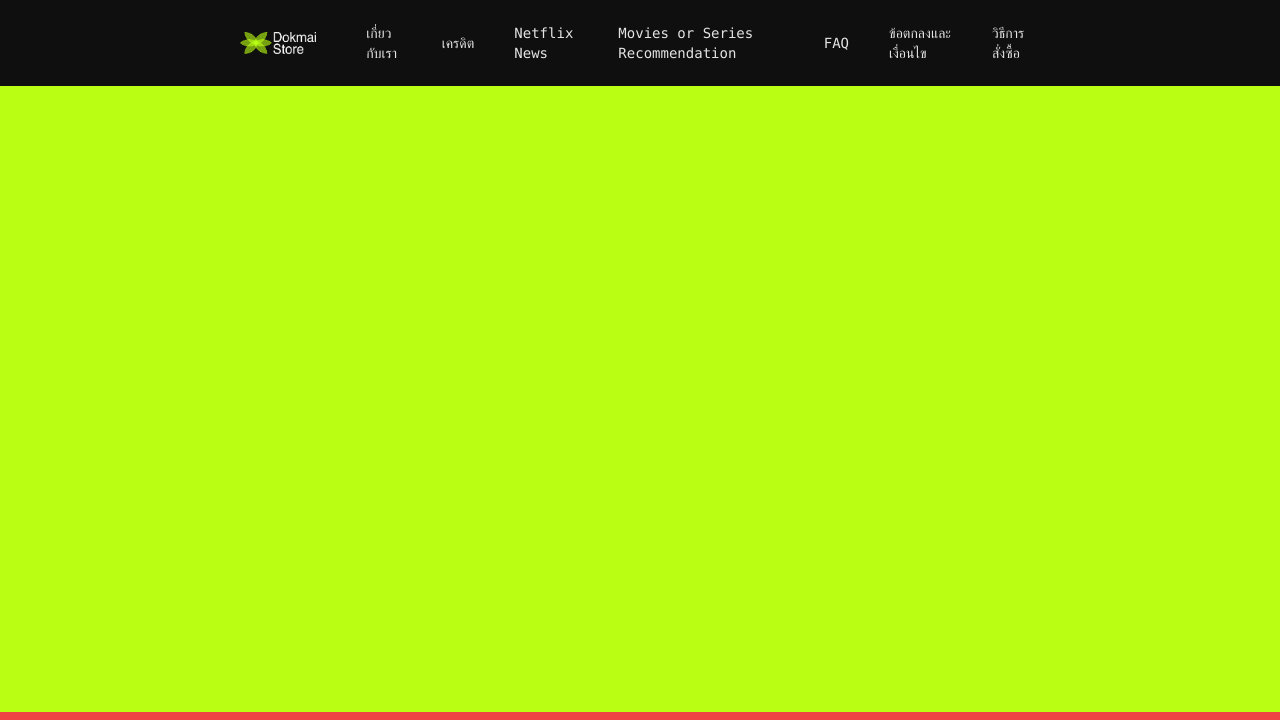
Repository: 0981237197640128312768320198372/oakdoiaj9w28wdumoakwd2398dijkamd3298udijnasd82yt2384772390823947
Page: /
An editor plug-in stored every save of this project. The page is shown before and after the next save, followed by the edit.
The browser window is 1280 px wide. The pictures show the whole page.
The project was rebuilt for these pictures with package versions that can differ from the ones it lists, and the page was loaded fresh each time. The framework's server and built-in components were replaced by stand-ins that run in the browser. Also part of the build but not shown: next.config.mjs, constant/index.tsx.

Above is the page before, as saved 2024-09-29 00:39:56.

### app/layout.tsx
/* eslint-disable @typescript-eslint/no-unused-vars */
import type { Metadata } from "next"
import "../styles/globals.css"
import Navbar from "@/components/Navbar"
export const metadata: Metadata = {
  title: "บัญชี Netflix Premium คุณภาพสูง | Dokmai Store",
  description:
    "แพลตฟอร์มสินค้าดิจิทัลที่ดีที่สุดในประเทศไทย สำหรับทุกคนที่ต้องการ Netflix Premium ราคาถูกและคุณภาพดี ที่ Dokmai Store เราเป็นผู้ขายอันดับหนึ่งในไทย พร้อมการันตีคุณภาพการใช้งานตลอดอายุการใช้งาน ด้วยบริการที่เชื่อถือได้ ตอบกลับลูกค้าอย่างรวดเร็วภายใน 10 นาที และไม่เกิน 24 ชั่วโมง พร้อมช่วยแก้ไขปัญหาทุกอย่างเพื่อให้คุณได้รับประสบการณ์การดูหนังและซีรีส์ที่ดีที่สุด",
  icons: {
    icon: "./favicon.ico",
    apple: "./apple-touch-icon.png",
  },
  keywords:
    "Netflix Premium, บัญชี Netflix, บริการสตรีมมิ่ง, ดูหนังออนไลน์, ดูซีรีส์, บัญชีราคาถูก, Dokmai Store, ซื้อ Netflix ราคาถูก, บัญชี Netflix ราคาถูก, บัญชี Netflix คุณภาพดี, บริการลูกค้าไว, Netflix Premium, Netflix, Premium, Netflix Account, Account, Netflix Access, Dokmai, Store, Dokmai Store, Digital Product, Premium App, Streaming Service, Service, Streaming, Movie, Movies, Series, Action, Comedy, Drama, Romantic, Watching, Netflix Series, Netflix Movie, Cheap, Cheap Price, High Quality, Good Quality, Quality, Fast Service, Fast Response, Trustable, Reliable, Affordable, เน็ตฟลิกซ์พรีเมียม, เน็ตฟลิกซ์, พรีเมียม, บัญชีเน็ตฟลิกซ์, บัญชี, แอคเค้าท์เน็ตฟลิกซ์,  แอคเค้าท์, เน็ตฟลิกซ์ Access, ดอกไม้สโตร์, ดอกไม้, สโตร์, ร้านค้า, สินค้าดิจิทัล, สินค้าดิจิตอล, แอพพรีเมียม, บริการสตรีมมื่ง, บริการ, สตรีมมิ่ง, หนัง, ดูหนัง, ซีรีย์, ดูซีรีย์, ดู, ซีรีย์เน็ตฟลิกซ์, ซีรีย์ Netflix, Series เน็ตฟลิกซ์, หนังเน็ตฟลิกซ์, หนัง Netflix, ราคาถูก, ราคาดี, ถูก, คุณภาพดี, คุณภาพสูง, คุณภาพ, บริการเร็ว, บริการไว, บริการดี, ตอบเร็ว, ตอบไว, น่าเชื่อถือ, เชื่อถือได้",
  openGraph: {
    type: "website",
    url: "https://www.dokmaistore.com",
    title: "บัญชี Netflix Premium คุณภาพสูง | Dokmai Store",
    description:
      "แพลตฟอร์มสินค้าดิจิทัลที่ดีที่สุดในประเทศไทย สำหรับทุกคนที่ต้องการ Netflix Premium ราคาถูกและคุณภาพดีที่ Dokmai Store เราเป็นผู้ขายอันดับหนึ่งในไทย พร้อมการันตีคุณภาพการใช้งานตลอดอายุการใช้งาน ด้วยบริการที่เชื่อถือได้ ตอบกลับลูกค้าอย่างรวดเร็วภายใน 10 นาที และไม่เกิน 24 ชั่วโมง พร้อมช่วยแก้ไขปัญหาทุกอย่างเพื่อให้คุณได้รับประสบการณ์การดูหนังและซีรีส์ที่ดีที่สุด",
    images: [
      {
        url: "https://www.dokmaistore.com/og-dokmaistore.jpg",
        width: 1200,
        height: 630,
        alt: "Netflix Premium คุณภาพสูง ราคาถูก ที่ Dokmai Store",
      },
    ],
    siteName: "Dokmai Store",
  },
  twitter: {
    card: "summary_large_image",
    site: "@DokmaiStore",
    title: "บัญชี Netflix Premium คุณภาพสูง | Dokmai Store",
    description:
      "แพลตฟอร์มสินค้าดิจิทัลที่ดีที่สุดในประเทศไทย สำหรับทุกคนที่ต้องการ Netflix Premium ราคาถูกและคุณภาพดีที่ Dokmai Store เราเป็นผู้ขายอันดับหนึ่งในไทย พร้อมการันตีคุณภาพการใช้งานตลอดอายุการใช้งาน ด้วยบริการที่เชื่อถือได้ ตอบกลับลูกค้าอย่างรวดเร็วภายใน 10 นาที และไม่เกิน 24 ชั่วโมง พร้อมช่วยแก้ไขปัญหาทุกอย่างเพื่อให้คุณได้รับประสบการณ์การดูหนังและซีรีส์ที่ดีที่สุด",
    images: [
      {
        url: "https://www.dokmaistore.com/og-dokmaistore.jpg",
        alt: "Netflix Premium คุณภาพสูง ราคาถูก ที่ Dokmai Store",
      },
    ],
  },
  alternates: {
    canonical: "https://www.dokmaistore.com",
    languages: {
      "th-TH": "https://www.dokmaistore.com/th",
    },
  },
}

export default function RootLayout({
  children,
}: Readonly<{
  children: React.ReactNode
}>) {
  return (
    <html lang='en' className='!scroll-smooth'>
      <body className='antialiased font-mono min-h-screen bg-dark-800 text-light-200'>
        <Navbar />
        <div className='flex flex-col justify-start items-center w-full h-screen p-10 lg:px-60 pt-20 bg-primary'>
          {children}
        </div>
        <div className='w-full h-2 fixed bottom-0 bg-green-500 sm:bg-yellow-500 md:bg-orange-500 lg:bg-red-500' />
      </body>
    </html>
  )
}

### app/(root)/layout.tsx
/* eslint-disable @typescript-eslint/no-unused-vars */
import type { Metadata } from "next"
import "../../styles/globals.css"

export const metadata: Metadata = {
  title: "Dokmai Store - High Quality Account Netflix Premium",
  description: "watch series now website for payment",
}

export default function RootLayout({
  children,
}: Readonly<{
  children: React.ReactNode
}>) {
  return (
    <html lang='en'>
      <body className='antialiased font-mono min-h-screen bg-dark-800 text-light-200'>
        <div className='flex flex-col justify-center items-center w-full p-10 h-screen'>
          {children}
        </div>
        {/* <div className='w-full h-2 fixed bottom-0 bg-green-500 sm:bg-yellow-500 md:bg-orange-500 lg:bg-red-500' /> */}
      </body>
    </html>
  )
}

### app/(root)/(home)/page.tsx
import HeroSection from "@/components/HeroSection"
import { TextHoverEffect } from "@/components/ui/text-hover-effect"

export default function Home() {
  return (
    <main className='flex flex-col'>
      <div className='flex justify-center items-center'>
        <TextHoverEffect text='DOKMAI' />
      </div>
      <HeroSection />
    </main>
  )
}

### styles/globals.css
@tailwind base;
@tailwind components;
@tailwind utilities;

@font-face {
  font-family: "dokmai-light";
  src: url("../assets/fonts/dokmai-light.ttf") format("woff2");
}
@font-face {
  font-family: "dokmai-regular";
  src: url("../assets/fonts/dokmai-regular.ttf") format("woff2");
}
@font-face {
  font-family: "dokmai-italic";
  src: url("../assets/fonts/dokmai-italic.ttf") format("woff2");
}
@font-face {
  font-family: "dokmai-bold";
  src: url("../assets/fonts/dokmai-bold.ttf") format("woff2");
}
@font-face {
  font-family: "dokmai-bold-italic";
  src: url("../assets/fonts/dokmai-bold-italic.ttf") format("woff2");
}
@font-face {
  font-family: "dokmai-bold-rounded";
  src: url("../assets/fonts/dokmai-bold-rounded.otf") format("woff2");
}
@font-face {
  font-family: "AktivGrotesk";
  font-weight: 900;
  font-style: normal;
  src: url("../assets/fonts/AktivGrotesk-Black.otf") format("opentype");
}

@font-face {
  font-family: "AktivGrotesk";
  font-weight: 900;
  font-style: italic;
  src: url("../assets/fonts/AktivGrotesk-BlackItalic.otf") format("opentype");
}

@font-face {
  font-family: "AktivGrotesk";
  font-weight: 700;
  font-style: normal;
  src: url("../assets/fonts/AktivGrotesk-Bold.otf") format("opentype");
}

@font-face {
  font-family: "AktivGrotesk";
  font-weight: 700;
  font-style: italic;
  src: url("../assets/fonts/AktivGrotesk-BoldItalic.otf") format("opentype");
}

@font-face {
  font-family: "AktivGrotesk";
  font-weight: 100;
  font-style: normal;
  src: url("../assets/fonts/AktivGrotesk-Hairline.otf") format("opentype");
}

@font-face {
  font-family: "AktivGrotesk";
  font-weight: 100;
  font-style: italic;
  src: url("../assets/fonts/AktivGrotesk-HairlineItalic.otf") format("opentype");
}

@font-face {
  font-family: "AktivGrotesk";
  font-weight: 400;
  font-style: italic;
  src: url("../assets/fonts/AktivGrotesk-Italic.otf") format("opentype");
}

@font-face {
  font-family: "AktivGrotesk";
  font-weight: 300;
  font-style: normal;
  src: url("../assets/fonts/AktivGrotesk-Light.otf") format("opentype");
}

@font-face {
  font-family: "AktivGrotesk";
  font-weight: 300;
  font-style: italic;
  src: url("../assets/fonts/AktivGrotesk-LightItalic.otf") format("opentype");
}

@font-face {
  font-family: "AktivGrotesk";
  font-weight: 500;
  font-style: normal;
  src: url("../assets/fonts/AktivGrotesk-Medium.otf") format("opentype");
}

@font-face {
  font-family: "AktivGrotesk";
  font-weight: 500;
  font-style: italic;
  src: url("../assets/fonts/AktivGrotesk-MediumItalic.otf") format("opentype");
}

@font-face {
  font-family: "AktivGrotesk";
  font-weight: 400;
  font-style: normal;
  src: url("../assets/fonts/AktivGrotesk-Regular.otf") format("opentype");
}

@font-face {
  font-family: "AktivGrotesk";
  font-weight: 200;
  font-style: normal;
  src: url("../assets/fonts/AktivGrotesk-Thin.otf") format("opentype");
}

@font-face {
  font-family: "AktivGrotesk";
  font-weight: 200;
  font-style: italic;
  src: url("../assets/fonts/AktivGrotesk-ThinItalic.otf") format("opentype");
}

@font-face {
  font-family: "AktivGrotesk";
  font-weight: 800;
  font-style: normal;
  src: url("../assets/fonts/AktivGrotesk-XBold.otf") format("opentype");
}

@font-face {
  font-family: "AktivGrotesk";
  font-weight: 800;
  font-style: italic;
  src: url("../assets/fonts/AktivGrotesk-XBoldItalic.otf") format("opentype");
}

.__stroke {
  font-size: 48px; /* Adjust the size as needed */
  -webkit-text-stroke: 0.5px #b9fe13; /* 1px stroke with black color */
  color: transparent; /* Makes the fill transparent */
}

a:focus,
button:focus,
img:focus {
  @apply focus:outline-none focus:ring-[0.5px] focus:ring-primary focus:border-primary;
}

### components/Navbar.tsx
"use client"

import React, { useState, useEffect } from "react"
import { usePathname } from "next/navigation"
import Link from "next/link"
import MobileNav from "./MobileNav"
import Image from "next/image"
import dokmaiwithtext from "@/assets/images/dokmaiwithtext.png"
import dokmailogo from "@/assets/images/dokmailogo.png"
import { navButtons } from "@/constant"

const Navbar = () => {
  const path = usePathname()

  const [prevScrollPos, setPrevScrollPos] = useState(0)
  // eslint-disable-next-line @typescript-eslint/no-unused-vars
  const [scrollToTopVisible, setScrollToTopVisible] = useState(false)
  const [visible, setVisible] = useState(true)
  const handleScroll = () => {
    const currentScrollPos = window.pageYOffset
    const isScrollingDown = prevScrollPos < currentScrollPos
    if (currentScrollPos <= 0) {
      // If at the top of the page, make the navbar always visible
      setVisible(true)
      setScrollToTopVisible(false)
    } else {
      setVisible(isScrollingDown)
      setScrollToTopVisible(currentScrollPos > 350)
    }
    setPrevScrollPos(currentScrollPos)
  }
  useEffect(() => {
    window.addEventListener("scroll", handleScroll)
    return () => {
      window.removeEventListener("scroll", handleScroll)
    }
  })

  return (
    <nav
      className={`fixed flex items-start justify-center top-0 left-0 w-full transition-transform duration-500 z-50 transform  ${
        visible ? "translate-y-0" : "-translate-y-full"
      } z-10`}
    >
      <div className='w-full gap-10 bg-dark-800 py-5 flex px-10 lg:px-60 justify-between duration-1000 items-center '>
        <Link href='/' className='flex select-none items-center gap-1 w-fit'>
          <Image
            width={100}
            height={100}
            src={dokmaiwithtext}
            alt='Dokmai Store'
            className='duration-700 hidden lg:block'
          />
          <Image
            width={60}
            height={60}
            src={dokmailogo}
            alt='Dokmai Store'
            className='duration-700 lg:hidden'
          />
        </Link>
        <div className='flex items-center justify-end gap-5'>
          <div className='justify-center items-center gap-3 md:gap-5 lg:gap-5 hidden max-md:flex'>
            <MobileNav />
          </div>
          <div className='max-md:hidden flex lg:text-md'>
            <div className='flex gap-5 items-center'>
              {navButtons.map((nav, i) => (
                <Link
                  href={nav.url}
                  key={i}
                  className={`text-light-200 flex-col-reverse py-[3px] px-[10px] rounded-sm md:text-sm font-medium group duration-200 ${
                    path === nav.url
                      ? "font-black transition-transform duration-700 "
                      : ""
                  }${
                    path === nav.url ? " text-primary" : " hover:text-primary"
                  }`}
                >
                  {nav.title}
                </Link>
              ))}
            </div>
          </div>
        </div>
      </div>
    </nav>
  )
}

export default Navbar

### components/HeroSection.tsx
"use client"

import React from "react"

const HeroSection = () => {
  return (
    <section
      id='HeroSection'
      className='flex flex-col justify-center items-center'
    >
      <div className='hero bg-cover bg-center h-screen flex flex-col justify-center items-center text-center px-4'>
        <h1 className='text-4xl md:text-6xl font-bold text-white mb-4'>
          Watch More Series, Spend Less Money
        </h1>
        <p className='text-xl md:text-2xl text-gray-200 max-w-xl mx-auto mb-6'>
          Get Netflix Premium and other top streaming apps without breaking the
          bank. Enjoy more shows and movies for less, only at Dokmai Store.
        </p>
        <button className='bg-red-600 text-white px-6 py-3 rounded-full hover:bg-red-700 transition duration-300'>
          Start Watching Today
        </button>
      </div>
    </section>
  )
}

export default HeroSection

### components/MobileNav.tsx
/* eslint-disable @typescript-eslint/no-unused-vars */
import { navButtons } from "@/constant"
import Link from "next/link"
import { usePathname } from "next/navigation"
import { CiMenuBurger } from "react-icons/ci"
import { Drawer, DrawerContent, DrawerTrigger } from "@/components/ui/drawer"

const MobileNav = () => {
  const path = usePathname()
  return (
    <Drawer>
      <DrawerTrigger className='hidden max-md:flex dark:hover:bg-white/10 hover:bg-black/5 p-2'>
        <CiMenuBurger className='duration-500 text-dark-800 dark:text-primary text-3xl' />
      </DrawerTrigger>
      <DrawerContent className='bg-gray-200 dark:bg-dark-600 border-none px-5 pb-5 gap-10'>
        <div className='flex flex-col justify-start items-start'>
          <p className='font-mono text-xs tracking-widest text-white/70'>
            Watch MORE Series, Spend LESS MONEY!
          </p>
          <span className='font-aktivGroteskBold text-4xl pt-1 __stroke'>
            DOKMAI STORE
          </span>
        </div>
        <div className='gap-5 flex flex-col justify-end items-end'>
          {navButtons.map((nav, i) => (
            <Link
              href={nav.url}
              key={i}
              className={`dark:text-gray-400 flex-col-reverse py-[3px] px-[10px] rounded-full md:text-sm font-medium group duration-200 w-fit ${
                path === nav.url
                  ? "font-black transition-transform duration-700 "
                  : ""
              }${
                path === nav.url
                  ? " dark:text-primary text-primary bg-primary/20"
                  : " hover:dark:text-primary hover:text-primary hover:bg-primary/20"
              }`}
            >
              {nav.title}
            </Link>
          ))}
        </div>
      </DrawerContent>
    </Drawer>
  )
}

export default MobileNav

### components/ui/drawer.tsx
"use client"

import * as React from "react"
import { Drawer as DrawerPrimitive } from "vaul"

const Drawer = ({
  shouldScaleBackground = true,
  ...props
}: React.ComponentProps<typeof DrawerPrimitive.Root>) => (
  <DrawerPrimitive.Root
    shouldScaleBackground={shouldScaleBackground}
    {...props}
  />
)
Drawer.displayName = "Drawer"

const DrawerTrigger = DrawerPrimitive.Trigger

const DrawerPortal = DrawerPrimitive.Portal

const DrawerClose = DrawerPrimitive.Close

const DrawerOverlay = React.forwardRef<
  React.ElementRef<typeof DrawerPrimitive.Overlay>,
  React.ComponentPropsWithoutRef<typeof DrawerPrimitive.Overlay>
>(({ className, ...props }, ref) => (
  <DrawerPrimitive.Overlay
    ref={ref}
    className={
      `fixed inset-0 z-50 bg-black/80 ${className}`}
    {...props}
  />
))
DrawerOverlay.displayName = DrawerPrimitive.Overlay.displayName

const DrawerContent = React.forwardRef<
  React.ElementRef<typeof DrawerPrimitive.Content>,
  React.ComponentPropsWithoutRef<typeof DrawerPrimitive.Content>
>(({ className, children, ...props }, ref) => (
  <DrawerPortal>
    <DrawerOverlay />
    <DrawerPrimitive.Content
      ref={ref}
      className={`fixed inset-x-0 bottom-0 z-50 mt-24 flex h-auto flex-col rounded-t-[10px] border border-neutral-200 bg-white dark:border-neutral-800 dark:bg-neutral-950 ${className}`
    }
      {...props}
    >
      <div className="mx-auto mt-4 h-2 w-[100px] rounded-full bg-neutral-100 dark:bg-neutral-800" />
      {children}
    </DrawerPrimitive.Content>
  </DrawerPortal>
))
DrawerContent.displayName = "DrawerContent"

const DrawerHeader = ({
  className,
  ...props
}: React.HTMLAttributes<HTMLDivElement>) => (
  <div
    className={`grid gap-1.5 p-4 text-center sm:text-left ${className}`}
    {...props}
  />
)
DrawerHeader.displayName = "DrawerHeader"

const DrawerFooter = ({
  className,
  ...props
}: React.HTMLAttributes<HTMLDivElement>) => (
  <div
    className={`mt-auto flex flex-col gap-2 p-4 ${className}`}
    {...props}
  />
)
DrawerFooter.displayName = "DrawerFooter"

const DrawerTitle = React.forwardRef<
  React.ElementRef<typeof DrawerPrimitive.Title>,
  React.ComponentPropsWithoutRef<typeof DrawerPrimitive.Title>
>(({ className, ...props }, ref) => (
  <DrawerPrimitive.Title
    ref={ref}
    className={`text-lg font-semibold leading-none tracking-tight ${className}`}
    {...props}
  />
))
DrawerTitle.displayName = DrawerPrimitive.Title.displayName

const DrawerDescription = React.forwardRef<
  React.ElementRef<typeof DrawerPrimitive.Description>,
  React.ComponentPropsWithoutRef<typeof DrawerPrimitive.Description>
>(({ className, ...props }, ref) => (
  <DrawerPrimitive.Description
    ref={ref}
    className={`text-sm text-neutral-500 dark:text-neutral-400 ${className}`}
    {...props}
  />
))
DrawerDescription.displayName = DrawerPrimitive.Description.displayName

export {
  Drawer,
  DrawerPortal,
  DrawerOverlay,
  DrawerTrigger,
  DrawerClose,
  DrawerContent,
  DrawerHeader,
  DrawerFooter,
  DrawerTitle,
  DrawerDescription,
}

### tailwind.config.ts
/* eslint-disable @typescript-eslint/no-unused-vars */
/* eslint-disable @typescript-eslint/no-var-requires */
/* eslint-disable prefer-const */
/* eslint-disable @typescript-eslint/no-explicit-any */
import type { Config } from "tailwindcss"
const defaultTheme = require("tailwindcss/defaultTheme")

const colors = require("tailwindcss/colors")
const {
  default: flattenColorPalette,
} = require("tailwindcss/lib/util/flattenColorPalette")

const config: Config = {
  content: [
    "./pages/**/*.{js,ts,jsx,tsx,mdx}",
    "./components/**/*.{js,ts,jsx,tsx,mdx}",
    "./app/**/*.{js,ts,jsx,tsx,mdx}",
  ],
  theme: {
    screens: {
      sm: "640px",
      // => @media (min-width: 640px) { ... }

      md: "768px",
      // => @media (min-width: 768px) { ... }

      lg: "1024px",
      // => @media (min-width: 1024px) { ... }

      xl: "1280px",
      // => @media (min-width: 1280px) { ... }

      "2xl": "1536px",
      // => @media (min-width: 1536px) { ... }
    },
    extend: {
      colors: {
        dark: {
          100: "#5E5E5E",
          200: "#545454",
          300: "#494949",
          400: "#3D3D3D",
          500: "#313131",
          600: "#232323",
          700: "#181818",
          800: "#0F0F0F",
        },
        light: {
          100: "#ECECEC",
          200: "#E4E4E4",
          300: "#D8D8D8",
          400: "#CCCCCC",
          500: "#BFBFBF",
          600: "#B5B5B5",
          700: "#A9A9A9",
          800: "#9B9B9B",
        },
        primary: "#b9fe13",
      },
      fontFamily: {
        // Dokmai Fonts
        dokmaiLight: ["'dokmai-light'", "sans-serif"],
        dokmaiRegular: ["'dokmai-regular'", "sans-serif"],
        dokmaiItalic: ["'dokmai-italic'", "sans-serif"],
        dokmaiBold: ["'dokmai-bold'", "sans-serif"],
        dokmaiBoldItalic: ["'dokmai-bold-italic'", "sans-serif"],
        dokmaiBoldRounded: ["'dokmai-bold-rounded'", "sans-serif"],

        // AktivGrotesk Fonts
        aktivGroteskBlack: ["'AktivGrotesk-Black'", "sans-serif"],
        aktivGroteskBlackItalic: ["'AktivGrotesk-BlackItalic'", "sans-serif"],
        aktivGroteskBold: ["'AktivGrotesk-Bold'", "sans-serif"],
        aktivGroteskBoldItalic: ["'AktivGrotesk-BoldItalic'", "sans-serif"],
        aktivGroteskHairline: ["'AktivGrotesk-Hairline'", "sans-serif"],
        aktivGroteskHairlineItalic: [
          "'AktivGrotesk-HairlineItalic'",
          "sans-serif",
        ],
        aktivGroteskItalic: ["'AktivGrotesk-Italic'", "sans-serif"],
        aktivGroteskLight: ["'AktivGrotesk-Light'", "sans-serif"],
        aktivGroteskLightItalic: ["'AktivGrotesk-LightItalic'", "sans-serif"],
        aktivGroteskMedium: ["'AktivGrotesk-Medium'", "sans-serif"],
        aktivGroteskMediumItalic: ["'AktivGrotesk-MediumItalic'", "sans-serif"],
        aktivGroteskRegular: ["'AktivGrotesk-Regular'", "sans-serif"],
        aktivGroteskThin: ["'AktivGrotesk-Thin'", "sans-serif"],
        aktivGroteskThinItalic: ["'AktivGrotesk-ThinItalic'", "sans-serif"],
        aktivGroteskXBold: ["'AktivGrotesk-XBold'", "sans-serif"],
        aktivGroteskXBoldItalic: ["'AktivGrotesk-XBoldItalic'", "sans-serif"],
      },
    },
  },
  plugins: [addVariablesForColors],
}
function addVariablesForColors({ addBase, theme }: any) {
  let allColors = flattenColorPalette(theme("colors"))
  let newVars = Object.fromEntries(
    Object.entries(allColors).map(([key, val]) => [`--${key}`, val])
  )

  addBase({
    ":root": newVars,
  })
}
export default config

Loaded but not shown: components/ui/text-hover-effect.tsx (134 lines, source omitted)

After the next save:
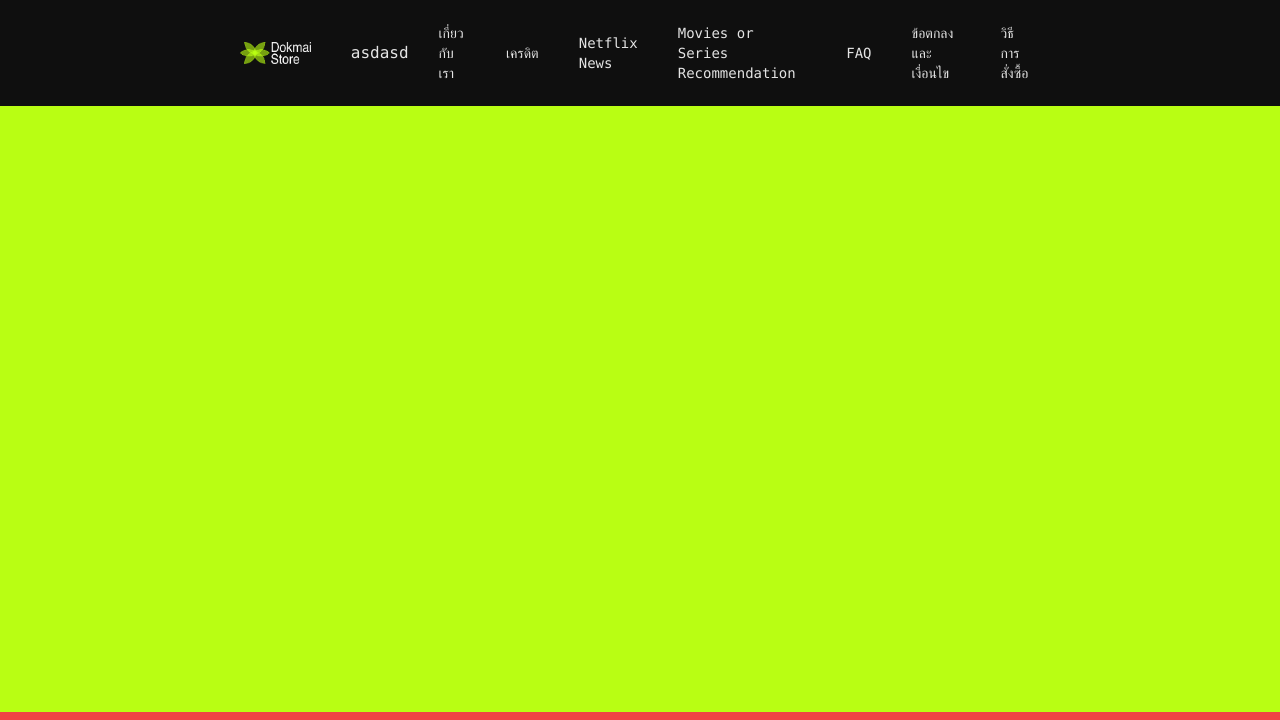
Saved 13 s later.
--- a/components/Navbar.tsx
+++ b/components/Navbar.tsx
@@ -60,6 +60,7 @@
           />
         </Link>
         <div className='flex items-center justify-end gap-5'>
+          asdasd
           <div className='justify-center items-center gap-3 md:gap-5 lg:gap-5 hidden max-md:flex'>
             <MobileNav />
           </div>
